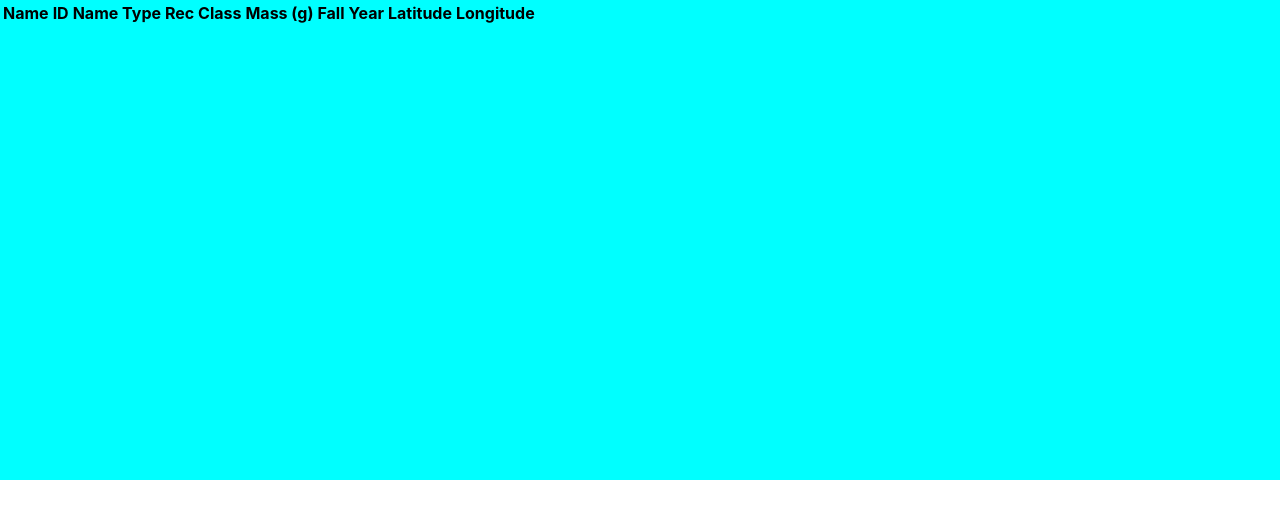
Repository: Tsardines/meteorite-explorer
Page: / (app in meteorite-explorer/)
These files come from the project's save history. The page is drawn as it stood at one moment and after the next save; the edit follows.
The browser window is 1280 px wide. The pictures show the whole page.
The page's requests for data from a server got no answer. The project was rebuilt for these pictures with package versions that can differ from the ones it lists, and the page was loaded fresh each time. No one was signed in, and anything a server would have sent is missing.

Above is the page before, as saved 2019-05-27 16:33:42.

After the next save:
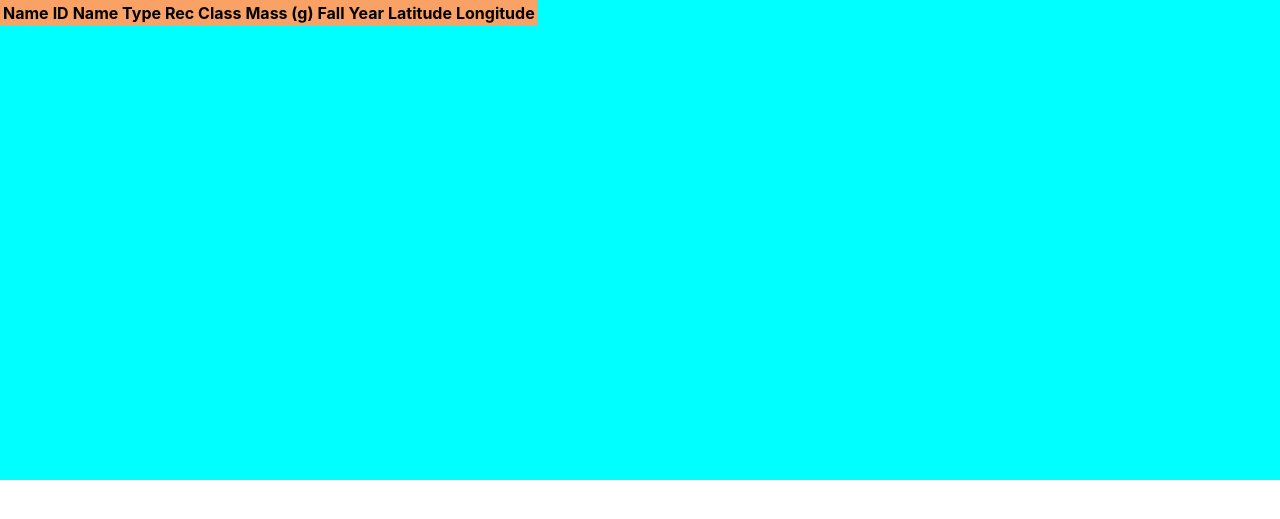
Saved 16 s later.
--- a/meteorite-explorer/src/App.css
+++ b/meteorite-explorer/src/App.css
@@ -4,7 +4,7 @@
   overflow-y: scroll;
 }
 
-.my-table:nth-child(even) {
+.my-table:nth-child(odd) {
   background-color: rgb(250, 161, 101);
 }
 

After the save that followed:
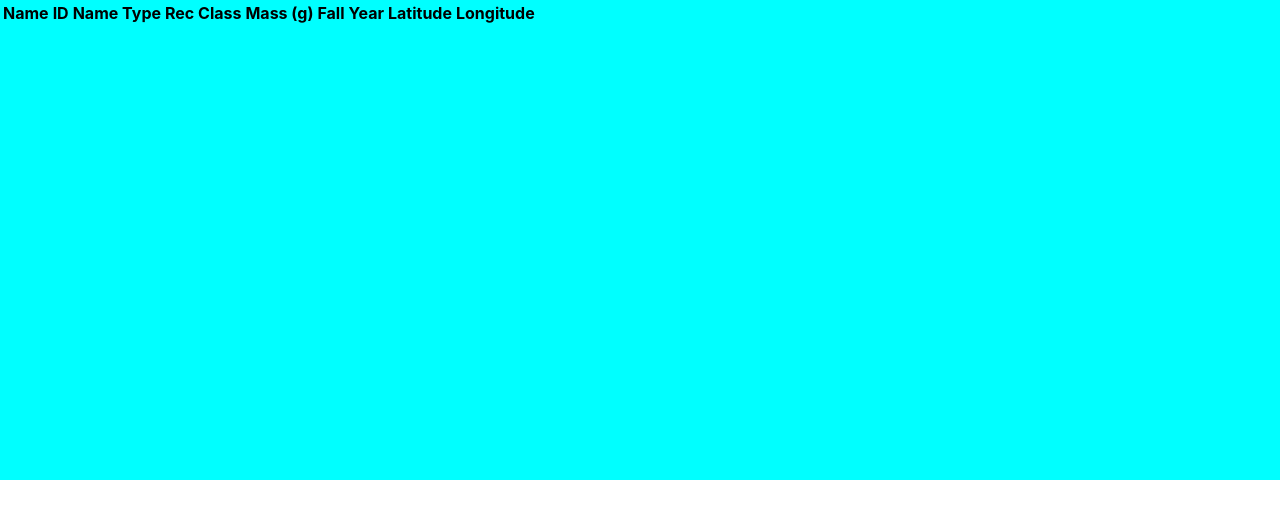
Saved 12 s later.
--- a/meteorite-explorer/src/App.css
+++ b/meteorite-explorer/src/App.css
@@ -4,7 +4,7 @@
   overflow-y: scroll;
 }
 
-.my-table:nth-child(odd) {
+.my-table td:nth-child(odd) {
   background-color: rgb(250, 161, 101);
 }
 
